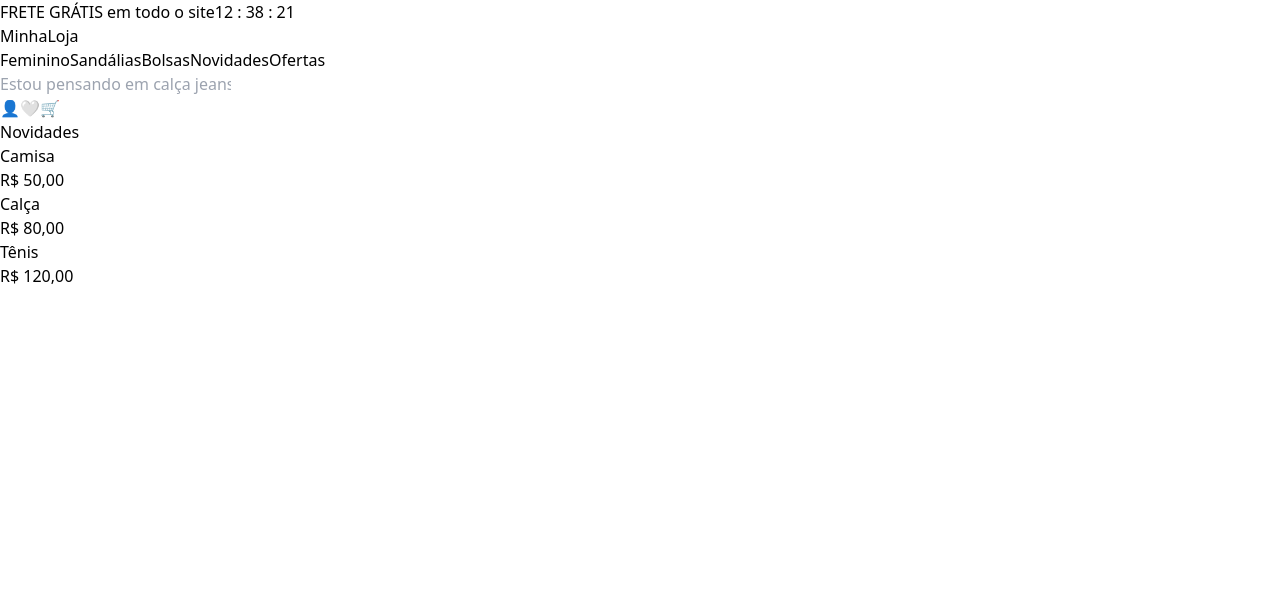
Repository: cleytonds/loja-online
Page: /
These files come from the project's save history. The page is drawn as it stood at one moment and after the next save; the edit follows.
The browser window is 1280 px wide. The pictures show the whole page.
The project was rebuilt for these pictures with package versions that can differ from the ones it lists, and the page was loaded fresh each time.

Above is the page before, as saved 2026-02-22 20:33:07.

### src/App.jsx
import { BrowserRouter, Routes, Route } from 'react-router-dom'
import Home from './pages/Home'

function App() {
  return (
    <BrowserRouter>
      <Routes>
        <Route path="/" element={<Home />} />
      </Routes>
    </BrowserRouter>
  )
}

export default App

### src/pages/Home.jsx
import Header from '../components/Header'

function Home() {
  return (
    <>
      <Header />

      <main className="max-w-7xl mx-auto px-6 py-10">
        <h2 className="text-3xl font-bold mb-8">Novidades</h2>

        <div className="grid grid-cols-1 sm:grid-cols-2 md:grid-cols-3 gap-6">
          <div className="bg-white p-4 shadow rounded">
            <h3 className="font-semibold text-lg">Camisa</h3>
            <p className="text-gray-600">R$ 50,00</p>
          </div>

          <div className="bg-white p-4 shadow rounded">
            <h3 className="font-semibold text-lg">Calça</h3>
            <p className="text-gray-600">R$ 80,00</p>
          </div>

          <div className="bg-white p-4 shadow rounded">
            <h3 className="font-semibold text-lg">Tênis</h3>
            <p className="text-gray-600">R$ 120,00</p>
          </div>
        </div>
      </main>
    </>
  )
}

export default Home

### src/components/Header.jsx
import TopBar from './TopBar'

function Header() {
  return (
    <>
      <TopBar />

      <header className="bg-white shadow">
        <div className="max-w-7xl mx-auto px-6 py-4 flex items-center gap-6">

          {/* Logo */}
          <h1 className="text-2xl font-bold">MinhaLoja</h1>

          {/* Menu */}
          <nav className="hidden md:flex gap-6 text-sm font-medium">
            <a href="#" className="hover:text-red-500">Feminino</a>
            <a href="#" className="hover:text-red-500">Sandálias</a>
            <a href="#" className="hover:text-red-500">Bolsas</a>
            <a href="#" className="hover:text-red-500">Novidades</a>
            <a href="#" className="text-red-500 font-semibold">Ofertas</a>
          </nav>

          {/* Busca */}
          <div className="flex-1 hidden md:block">
            <input
              type="text"
              placeholder="Estou pensando em calça jeans"
              className="w-full bg-gray-100 rounded-full px-4 py-2 outline-none"
            />
          </div>

          {/* Ícones */}
          <div className="flex gap-4 text-xl">
            <span>👤</span>
            <span>🤍</span>
            <span>🛒</span>
          </div>
        </div>
      </header>
    </>
  )
}

export default Header

### src/components/TopBar.jsx
function TopBar() {
  return (
    <div className="bg-black text-white text-sm">
      <div className="max-w-7xl mx-auto px-6 py-2 flex justify-between">
        <span>FRETE GRÁTIS em todo o site</span>
        <span>12 : 38 : 21</span>
      </div>
    </div>
  )
}

export default TopBar

### src/components/ProductCard.jsx
function ProductCard({ nome, preco }) {
  return (
    <div className="bg-white rounded shadow hover:shadow-lg transition">
      <div className="h-56 bg-gray-200 rounded-t"></div>

      <div className="p-4">
        <h3 className="font-medium">{nome}</h3>
        <p className="text-gray-600 mt-1">R$ {preco}</p>

        <button className="mt-4 w-full bg-black text-white py-2 rounded hover:bg-gray-800">
          Comprar
        </button>
      </div>
    </div>
  )
}

export default ProductCard

Loaded but not shown: src/main.jsx (common file); src/index.css (common file)

After the next save:
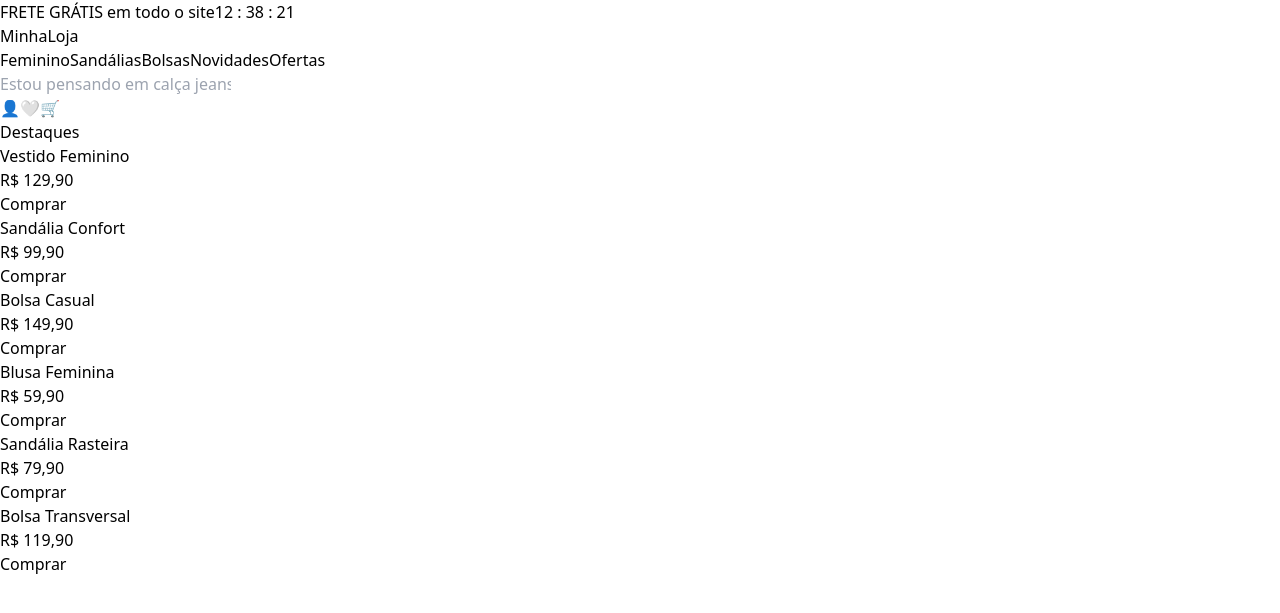
Saved 13 s later.
--- a/src/pages/Home.jsx
+++ b/src/pages/Home.jsx
@@ -1,4 +1,5 @@
 import Header from '../components/Header'
+import ProductCard from '../components/ProductCard'
 
 function Home() {
   return (
@@ -6,23 +7,15 @@
       <Header />
 
       <main className="max-w-7xl mx-auto px-6 py-10">
-        <h2 className="text-3xl font-bold mb-8">Novidades</h2>
+        <h2 className="text-3xl font-bold mb-8">Destaques</h2>
 
-        <div className="grid grid-cols-1 sm:grid-cols-2 md:grid-cols-3 gap-6">
-          <div className="bg-white p-4 shadow rounded">
-            <h3 className="font-semibold text-lg">Camisa</h3>
-            <p className="text-gray-600">R$ 50,00</p>
-          </div>
-
-          <div className="bg-white p-4 shadow rounded">
-            <h3 className="font-semibold text-lg">Calça</h3>
-            <p className="text-gray-600">R$ 80,00</p>
-          </div>
-
-          <div className="bg-white p-4 shadow rounded">
-            <h3 className="font-semibold text-lg">Tênis</h3>
-            <p className="text-gray-600">R$ 120,00</p>
-          </div>
+        <div className="grid grid-cols-1 sm:grid-cols-2 md:grid-cols-3 gap-8">
+          <ProductCard nome="Vestido Feminino" preco="129,90" />
+          <ProductCard nome="Sandália Confort" preco="99,90" />
+          <ProductCard nome="Bolsa Casual" preco="149,90" />
+          <ProductCard nome="Blusa Feminina" preco="59,90" />
+          <ProductCard nome="Sandália Rasteira" preco="79,90" />
+          <ProductCard nome="Bolsa Transversal" preco="119,90" />
         </div>
       </main>
     </>
